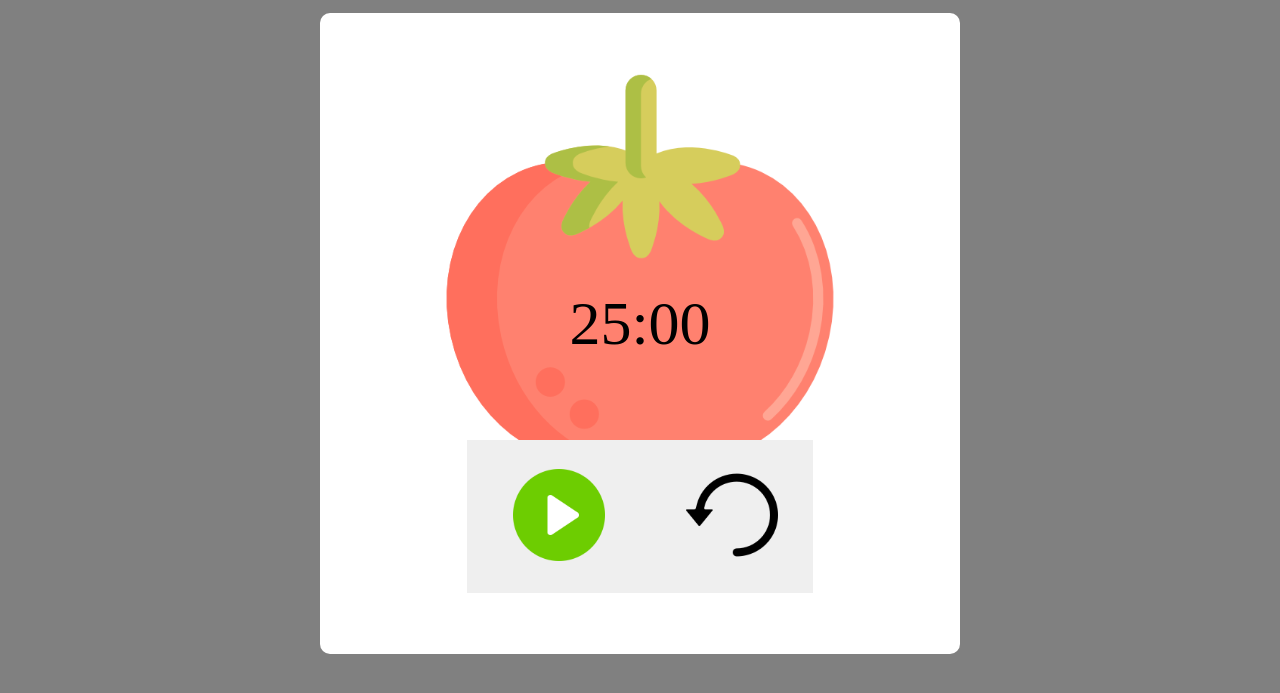
Repository: Dirlandia404/pomodoro
Page: /
These files come from the project's save history. The page is drawn as it stood at one moment and after the next save; the edit follows.
The browser window is 1280 px wide. The pictures show the whole page.
The project was rebuilt for these pictures with package versions that can differ from the ones it lists, and the page was loaded fresh each time.

Above is the page before, as saved 2021-11-25 11:00:30.

### public/index.html
<!DOCTYPE html>
<html lang="en">

<head>
  <meta charset="utf-8" />
  <link rel="icon" href="%PUBLIC_URL%/image 1.png" />
  <meta name="viewport" content="width=device-width, initial-scale=1" />
  <meta name="theme-color" content="#000000" />
  <meta name="description" content="Web site created using create-react-app" />
  <link rel="apple-touch-icon" href="%PUBLIC_URL%/logo192.png" />
  <!--
      manifest.json provides metadata used when your web app is installed on a
      user's mobile device or desktop. See https://developers.google.com/web/fundamentals/web-app-manifest/
    -->
  <link rel="manifest" href="%PUBLIC_URL%/manifest.json" />
  <!--
      Notice the use of %PUBLIC_URL% in the tags above.
      It will be replaced with the URL of the `public` folder during the build.
      Only files inside the `public` folder can be referenced from the HTML.

      Unlike "/favicon.ico" or "favicon.ico", "%PUBLIC_URL%/favicon.ico" will
      work correctly both with client-side routing and a non-root public URL.
      Learn how to configure a non-root public URL by running `npm run build`.
    -->
  <title>Pomodoro Clock</title>
</head>

<body>
  <noscript>You need to enable JavaScript to run this app.</noscript>
  <div id="root"></div>
  <!--
      This HTML file is a template.
      If you open it directly in the browser, you will see an empty page.

      You can add webfonts, meta tags, or analytics to this file.
      The build step will place the bundled scripts into the <body> tag.

      To begin the development, run `npm start` or `yarn start`.
      To create a production bundle, use `npm run build` or `yarn build`.
    -->
</body>

</html>

### src/index.jsx
import React from "react";
import ReactDOM from "react-dom";
import Clock from "./componentes/Primeiro";

function App() {
    const  tempo ={time:25};

    return(
        <div className="App">
            <Clock trabalho={tempo} />
        </div>
    );
}
ReactDOM.render(
    <App />,
    document.getElementById("root")
)

### src/componentes/Primeiro.jsx
import { useEffect, useState } from "react";
import "./componente.css";

function Clock(props){
  const [time, setTime] = useState(25);

    const tick = () =>{
        if(time === 0){
            reset();
        }else{
            setTime([time -1]);
        }
    }
    const reset = () => setTime(parseInt(time));

    useEffect(() =>{
        const timerId = setInterval(() => tick, 60);
        return () => clearInterval(timerId)
    })
    return (
        <main>
            <form action="">
                <img src="/tomato.svg" alt="Tomate" />
                <p className="time">25:00</p>
                <div className="butoes">
                    <button className="play">
                        <img src="./botao-play.png" alt="" />
                    </button>

                    <button className="reset">
                        <img src="./seta-circular.png" alt="" />
                    </button>
                </div>
            </form>
        </main>
    );
}

export default Clock

### src/componentes/componente.css
*{
    margin: 0;
    border: 0;
    padding: 0;
}
body{
    background-color: grey;

    display: flex;

    text-align: center;
    align-items: center;
    justify-content: center;
}
main {
    background-color: white;
    min-width: 375px;
    max-width: 50%;

    margin-left: 25vw;
    margin-right: 25vw;

    justify-content: center;

    padding: 2rem;
    border-radius: 10px;

    margin-top: 1%;
    margin-bottom: 1%;
}

form{
    display: flex;
    flex-direction: column;
    margin-top: 5%;
    margin-bottom: 5%;
}

img{
    width: 80%;
    margin-left: 10%;
}
p.time {
    margin-top: -40%;
    padding: 10%;
    font-size: 62px;
}
div.butoes{
    background: none;
    align-items: center;
}
button{
    margin-top: 4%;
    padding: 5%;
    width: 30%;
}

After the next save:
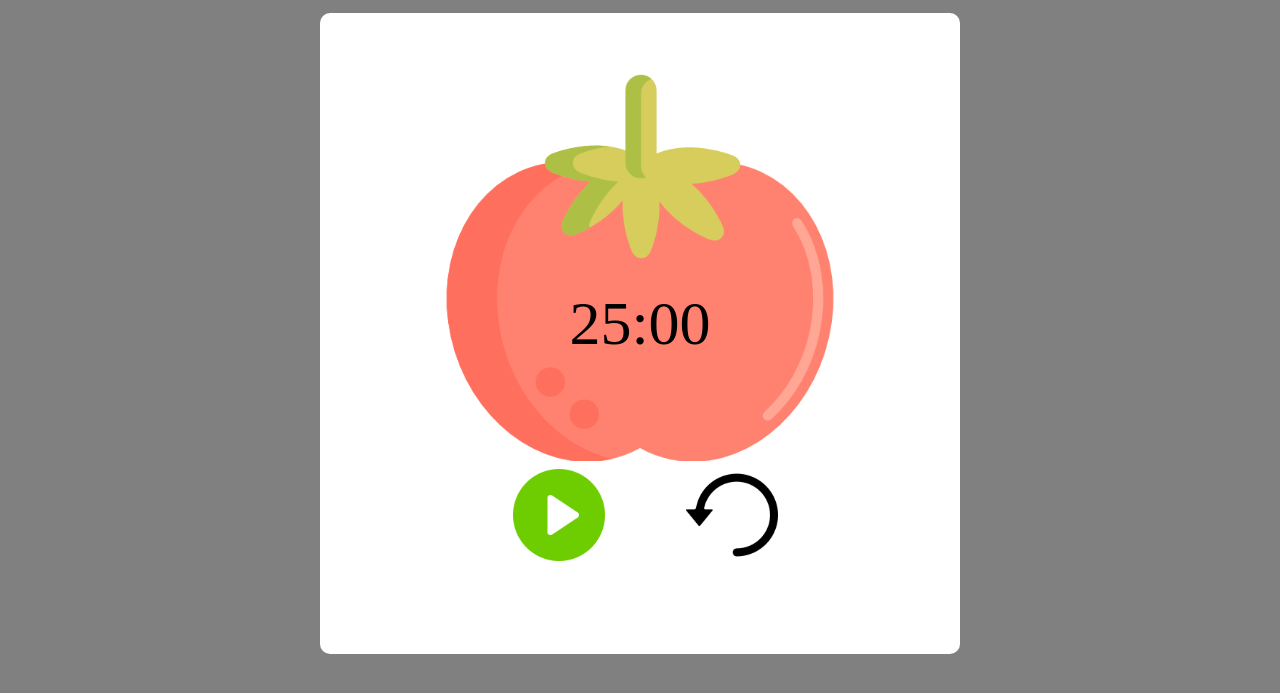
Saved 5 s later.
--- a/src/componentes/componente.css
+++ b/src/componentes/componente.css
@@ -46,10 +46,10 @@ p.time {
     font-size: 62px;
 }
 div.butoes{
-    background: none;
     align-items: center;
 }
 button{
+    background: none;
     margin-top: 4%;
     padding: 5%;
     width: 30%;
